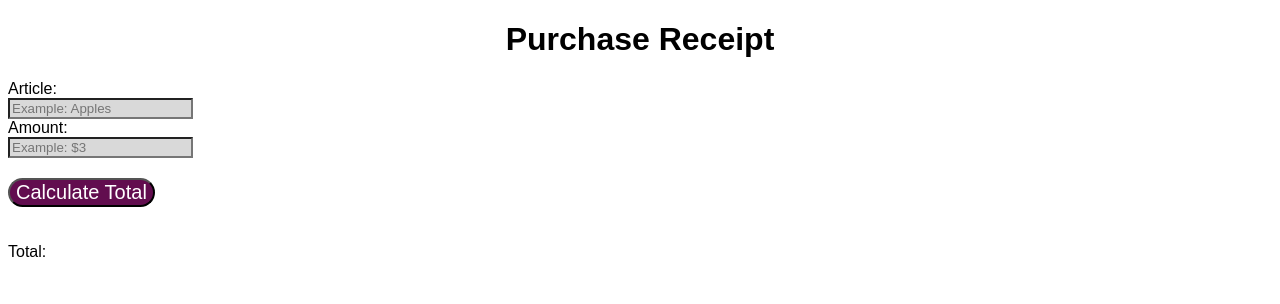
Repository: cokoduwa/js-study-group
Page: exercises/01/index.html
The author's editor kept a copy of each file at every save. The page is drawn from the files as they stood at one save, then again after the next save.
The browser window is 1280 px wide. The pictures show the whole page.

Above is the page before, as saved 2023-02-14 21:36:33.

### exercises/01/index.html
<!DOCTYPE html>
<html lang="en">
<head>
    <meta charset="UTF-8">
    <meta http-equiv="X-UA-Compatible" content="IE=edge">
    <meta name="viewport" content="width=device-width, initial-scale=1.0">
    <link rel="stylesheet" href="index.css">

    <title>Coding Warmer - E1 </title>
</head>
<body>


        <h1>Purchase Receipt</h1>


        <section>
            <div>
             <div>
                 <ion-label>Article:</ion-label>
             </div>
               <div>
                  <input placeholder="Example: Apples" id="description"/>
               </div>
            </div>

            <div>
                <div>
                    <ion-label>Amount:</ion-label>
                </div>
                <div>
                    <input placeholder="Example: $3" id="amount"></input>
                </div>
            </div>

            <div>
                <div>
                    <button>Calculate Total</button>
                </div>
            </div>

            <div>
                <div>
                    <ul id="ticket">
                        <!--List of ticket articles here-->
                    </ul>
                </div>
            </div>
            <p id="total">
                Total: <!--Total here-->
            </p>
        </section>

</body>
<script src="index.js"></script>
</html>

### exercises/01/index.css
body {
    font-family: Arial, Helvetica, sans-serif;
}

section {
    margin: 0 auto;
}

h1 {
    text-align: center;
}

input {
    background-color: #D9D9D9;
}

button {
    background-color: #620D4F;
    margin: 20px 0;
    color: white;
    border-radius: 20px;
    font-size: 20px;
}

Loaded but not shown: exercises/01/index.js (no stored copy; drawn as an empty file)

After the next save:
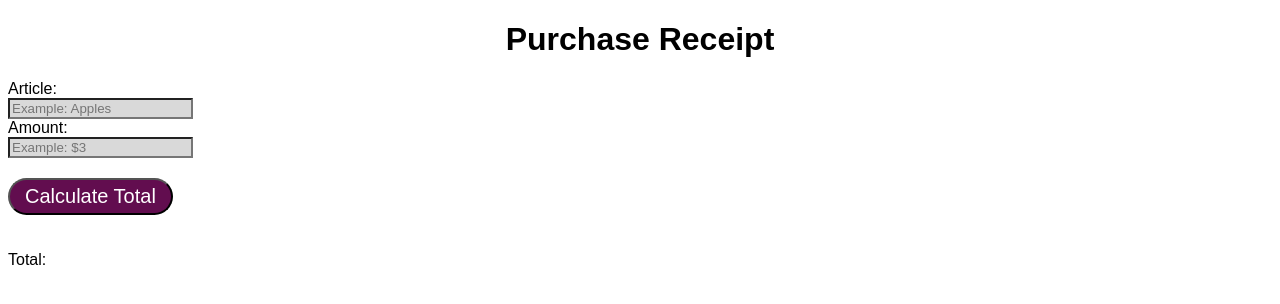
Saved 21 s later.
--- a/exercises/01/index.css
+++ b/exercises/01/index.css
@@ -20,4 +20,5 @@ button {
     color: white;
     border-radius: 20px;
     font-size: 20px;
+    padding: 5px 15px
 }
